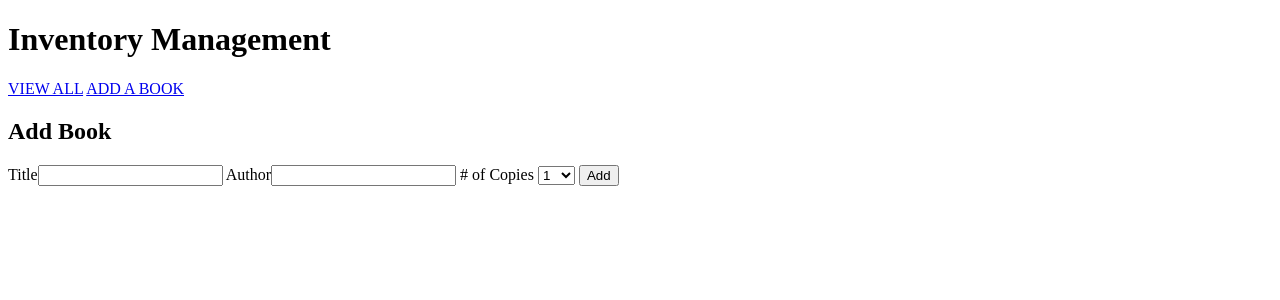
Repository: MuffinCrow/ucvts-library
Page: http://localhost/ucvts-library/bookform.jsp
These files come from the project's save history. The page is drawn as it stood at one moment and after the next save; the edit follows.
The browser window is 1280 px wide. The pictures show the whole page.
The page is served by Tomcat 9. The template is opened directly, without the code that normally fills it, so the values that code supplies are empty.

Above is the page before, as saved 2021-01-12 04:44:28.

After the next save:
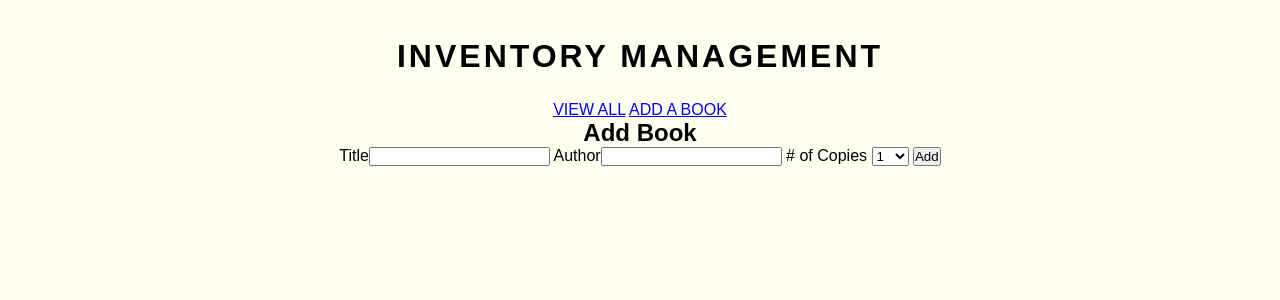
Saved 7 min 14 s later.
--- a/Code/ucvts-library/WebContent/bookform.jsp
+++ b/Code/ucvts-library/WebContent/bookform.jsp
@@ -4,6 +4,7 @@
 <!DOCTYPE html>
 <html>
 	<head>
+		<link rel="stylesheet" href="/WebContent/css/styles.css" type = "text/css"/>
 		<meta charset="UTF-8">
 		<title>UCVTS Library</title>
 	</head>
